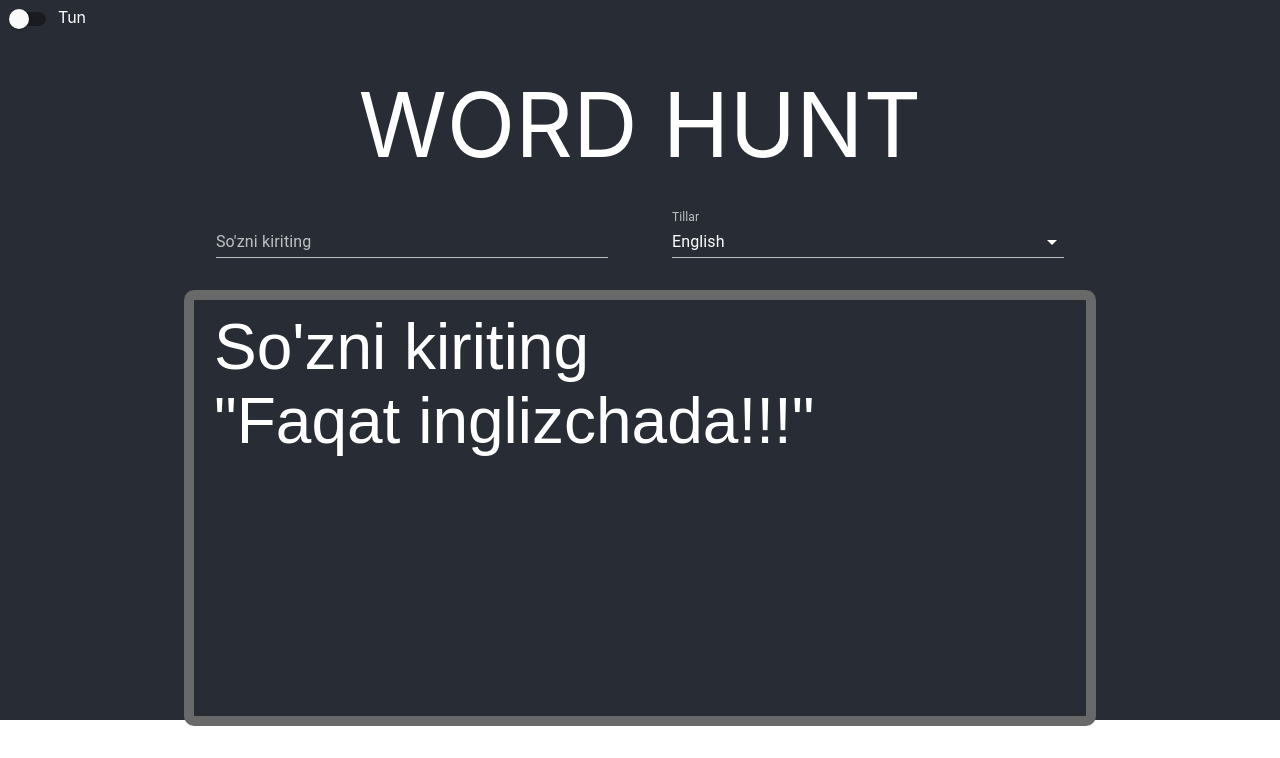
Repository: om1ars/react-translator
Page: /
An editor plug-in stored every save of this project. The page is shown before and after a run of saves, followed by the edit.
The browser window is 1280 px wide. The pictures show the whole page.
The page's requests for data from a server got no answer. The project was rebuilt for these pictures with package versions that can differ from the ones it lists, and the page was loaded fresh each time. No one was signed in, and anything a server would have sent is missing.

Above is the page before, as saved 2021-10-07 16:13:10.

After the next 2 saves:
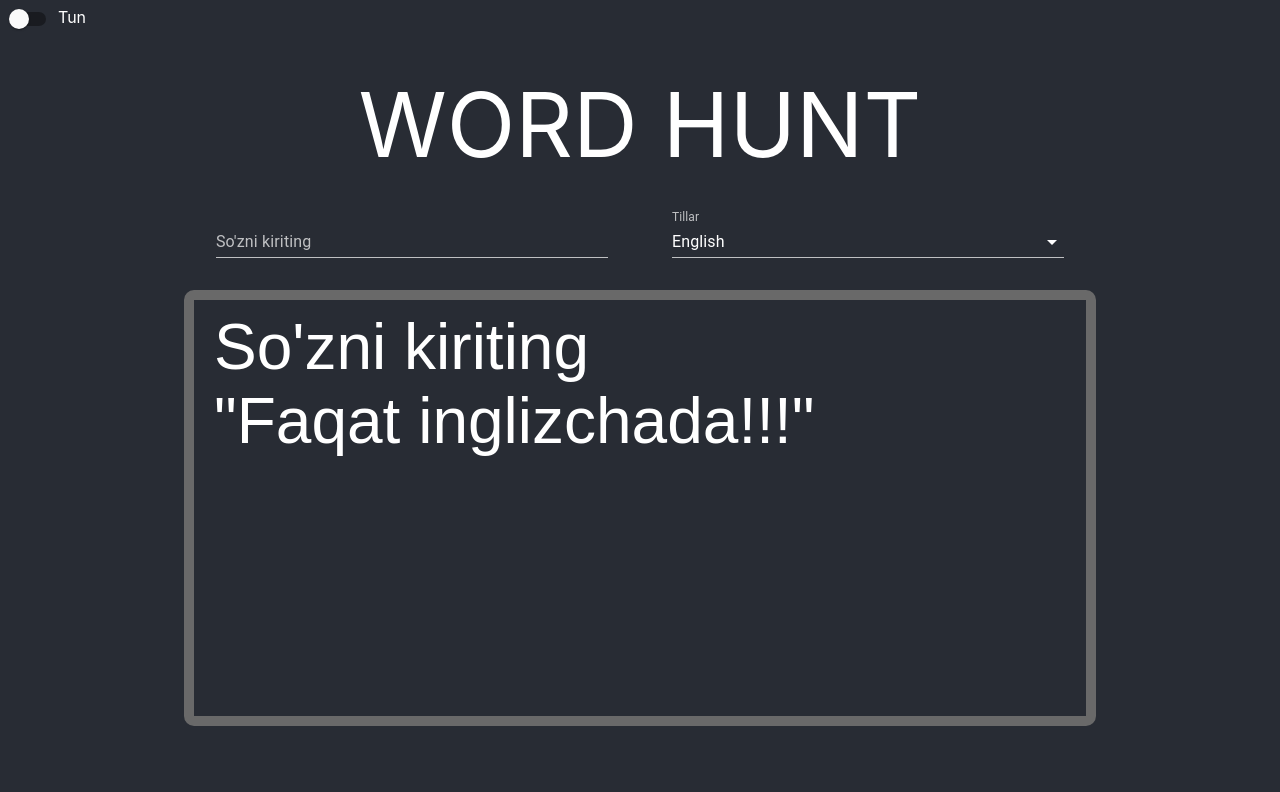
The 2 saves are shown as one change because they came seconds apart.
The last was saved 6 s later.
--- a/src/App.css
+++ b/src/App.css
@@ -1,3 +1,3 @@
 .App {
-  min-height: 110%;
+  min-height: 110vh;
 }
